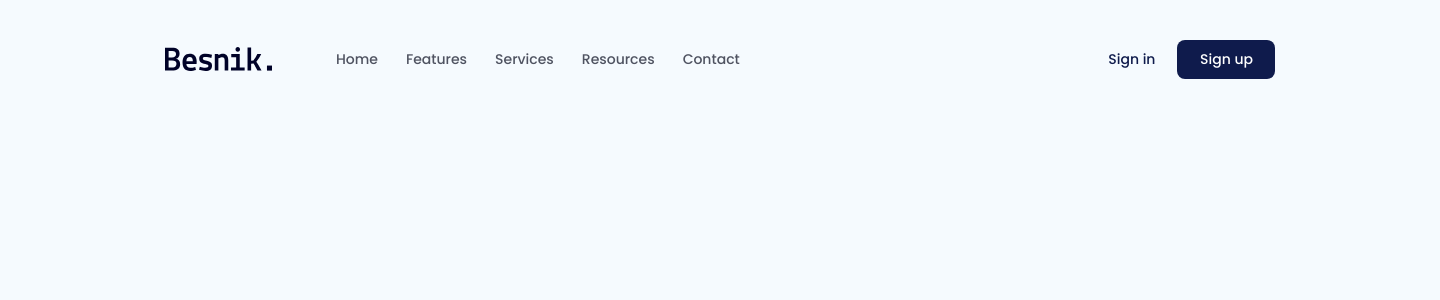
Repository: Tctiensk/f8-htmlcss-01
Page: index.html
An editor plug-in stored every save of this project. The page is shown before and after the next save, followed by the edit.
The browser window is 1280 px wide. The page is 1440 px wide, so the pictures cover 1440 px, including what lies to the right of the window. The pictures show the whole page.

Above is the page before, as saved 2022-11-29 14:00:42.

### index.html
<!DOCTYPE html>
<html lang="en">
    <head>
        <meta charset="UTF-8" />
        <meta http-equiv="X-UA-Compatible" content="IE=edge" />
        <meta name="viewport" content="width=device-width, initial-scale=1.0" />
        <title>F8 PROJECT 01</title>
        <link rel="stylesheet" href="./assets/css/reset.css" />
        <link rel="stylesheet" href="./assets/fonts/stylesheet.css" />
        <link rel="stylesheet" href="./assets/css/style.css" />
    </head>

    <body>
        <main>
            <!-- header -->
            <header class="header">
                <div class="content">
                    <nav class="navbar">
                        <!-- logo -->
                        <img src="./assets/img/Logo.svg" alt="Besnik." />
                        <!-- navigation -->
                        <ul>
                            <li><a href="#!">Home</a></li>
                            <li><a href="#!">Features</a></li>
                            <li><a href="#!">Services</a></li>
                            <li><a href="#!">Resources</a></li>
                            <li><a href="#!">Contact</a></li>
                        </ul>

                        <!-- action -->
                        <div class="action">
                            <a href="" class="action-link">Sign in </a>
                            <a href="" class="btn">Sign up </a>
                        </div>
                    </nav>
                </div>
            </header>
        </main>
    </body>
</html>

### assets/fonts/stylesheet.css
@font-face {
    font-family: "Poppins";
    src: url("Poppins/Poppins-BoldItalic.woff2") format("woff2"),
        url("Poppins/Poppins-BoldItalic.woff") format("woff");
    font-weight: bold;
    font-style: italic;
    font-display: swap;
}

@font-face {
    font-family: "Poppins";
    src: url("Poppins/Poppins-ExtraBold.woff2") format("woff2"),
        url("Poppins/Poppins-ExtraBold.woff") format("woff");
    font-weight: bold;
    font-style: normal;
    font-display: swap;
}

@font-face {
    font-family: "Poppins";
    src: url("Poppins/Poppins-BlackItalic.woff2") format("woff2"),
        url("Poppins/Poppins-BlackItalic.woff") format("woff");
    font-weight: 900;
    font-style: italic;
    font-display: swap;
}

@font-face {
    font-family: "Poppins";
    src: url("Poppins/Poppins-ExtraBoldItalic.woff2") format("woff2"),
        url("Poppins/Poppins-ExtraBoldItalic.woff") format("woff");
    font-weight: bold;
    font-style: italic;
    font-display: swap;
}

@font-face {
    font-family: "Poppins";
    src: url("Poppins/Poppins-Bold.woff2") format("woff2"),
        url("Poppins/Poppins-Bold.woff") format("woff");
    font-weight: bold;
    font-style: normal;
    font-display: swap;
}

@font-face {
    font-family: "Poppins";
    src: url("Poppins/Poppins-Black.woff2") format("woff2"),
        url("Poppins/Poppins-Black.woff") format("woff");
    font-weight: 900;
    font-style: normal;
    font-display: swap;
}

@font-face {
    font-family: "Poppins";
    src: url("Poppins/Poppins-LightItalic.woff2") format("woff2"),
        url("Poppins/Poppins-LightItalic.woff") format("woff");
    font-weight: 300;
    font-style: italic;
    font-display: swap;
}

@font-face {
    font-family: "Poppins";
    src: url("Poppins/Poppins-Medium.woff2") format("woff2"),
        url("Poppins/Poppins-Medium.woff") format("woff");
    font-weight: 500;
    font-style: normal;
    font-display: swap;
}

@font-face {
    font-family: "Poppins";
    src: url("Poppins/Poppins-ExtraLightItalic.woff2") format("woff2"),
        url("Poppins/Poppins-ExtraLightItalic.woff") format("woff");
    font-weight: 200;
    font-style: italic;
    font-display: swap;
}

@font-face {
    font-family: "Poppins";
    src: url("Poppins/Poppins-Italic.woff2") format("woff2"),
        url("Poppins/Poppins-Italic.woff") format("woff");
    font-weight: normal;
    font-style: italic;
    font-display: swap;
}

@font-face {
    font-family: "Poppins";
    src: url("Poppins/Poppins-Light.woff2") format("woff2"),
        url("Poppins/Poppins-Light.woff") format("woff");
    font-weight: 300;
    font-style: normal;
    font-display: swap;
}

@font-face {
    font-family: "Poppins";
    src: url("Poppins/Poppins-ExtraLight.woff2") format("woff2"),
        url("Poppins/Poppins-ExtraLight.woff") format("woff");
    font-weight: 200;
    font-style: normal;
    font-display: swap;
}

@font-face {
    font-family: "Poppins";
    src: url("Poppins/Poppins-SemiBoldItalic.woff2") format("woff2"),
        url("Poppins/Poppins-SemiBoldItalic.woff") format("woff");
    font-weight: 600;
    font-style: italic;
    font-display: swap;
}

@font-face {
    font-family: "Poppins";
    src: url("Poppins/Poppins-Regular.woff2") format("woff2"),
        url("Poppins/Poppins-Regular.woff") format("woff");
    font-weight: normal;
    font-style: normal;
    font-display: swap;
}

@font-face {
    font-family: "Poppins";
    src: url("Poppins/Poppins-ThinItalic.woff2") format("woff2"),
        url("Poppins/Poppins-ThinItalic.woff") format("woff");
    font-weight: 100;
    font-style: italic;
    font-display: swap;
}
@font-face {
    font-family: "Poppins";
    src: url("Poppins/Poppins-MediumItalic.woff2") format("woff2"),
        url("Poppins/Poppins-MediumItalic.woff") format("woff");
    font-weight: 500;
    font-style: italic;
    font-display: swap;
}

@font-face {
    font-family: "Poppins";
    src: url("Poppins/Poppins-SemiBold.woff2") format("woff2"),
        url("Poppins/Poppins-SemiBold.woff") format("woff");
    font-weight: 600;
    font-style: normal;
    font-display: swap;
}

@font-face {
    font-family: "Poppins";
    src: url("Poppins/Poppins-Thin.woff2") format("woff2"),
        url("Poppins/Poppins-Thin.woff") format("woff");
    font-weight: 100;
    font-style: normal;
    font-display: swap;
}

### assets/css/style.css
* {
    box-sizing: border-box;
}

html {
    font-size: 62.5%;
}
body {
    font-size: 1.6rem;
    font-family: "Poppins", sans-serif;
}
/* common */
a {
    text-decoration: none;
}
.content {
    width: 1110px;
    margin-left: auto;
    margin-right: auto;
}
/* header */
.header {
    width: 1440px;
    height: 100vh;
    background-color: #f5fafe;
}
.navbar {
    display: flex;
    align-items: center;
    padding-top: 47px;
}
.navbar ul {
    display: flex;
    margin-left: 50px;
}
.navbar .action {
    margin-left: auto;
}
.navbar ul a {
    font-weight: 500;
    font-size: 1.4rem;
    line-height: 21px;
    color: #4f5361;
    padding: 8px 1.4rem;
}
.navbar .action-link {
    font-weight: 500;
    font-size: 1.4rem;
    line-height: 21px;
    color: #0f1b4c;
}
.btn {
    min-width: 98px;

    background-color: #0f1b4c;
    border-radius: 8px;
    font-weight: 500;
    font-size: 1.4rem;
    line-height: 21px;
    text-align: center;
    color: #ffffff;
    padding: 9px 22px 10px 23px;
    margin-left: 18px;
}

Loaded but not shown: assets/css/reset.css (common file)

After the next save:
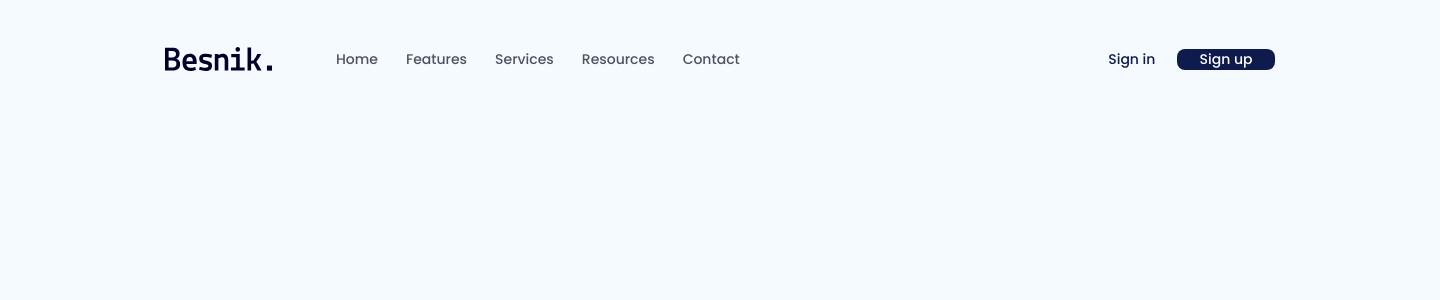
Saved 13 min 28 s later.
--- a/assets/css/style.css
+++ b/assets/css/style.css
@@ -51,6 +51,7 @@
 }
 .btn {
     min-width: 98px;
+    display: inline-block;
 
     background-color: #0f1b4c;
     border-radius: 8px;
@@ -59,6 +60,6 @@
     line-height: 21px;
     text-align: center;
     color: #ffffff;
-    padding: 9px 22px 10px 23px;
+
     margin-left: 18px;
 }
